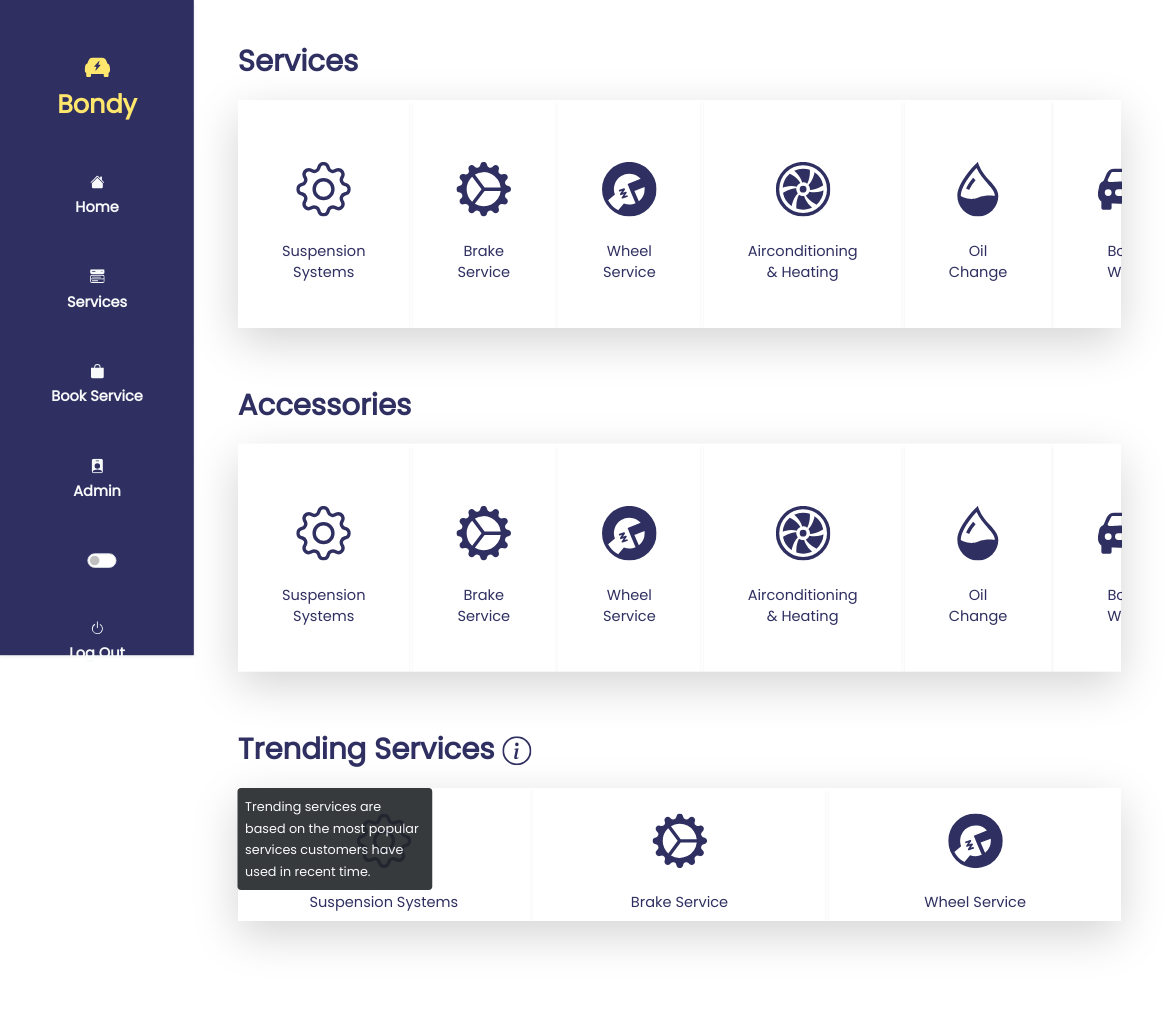
Repository: duzzisantos/bondy
Page: /, after clicking the first element matching `svg.bi-info-circle`
The author's editor kept a copy of each file at every save. The page is drawn from the files as they stood at one save, then again after the next save.
The browser window is 1280 px wide. The pictures show the whole page, at 91% of full size.
Some web libraries are served in a nearby version. The project was rebuilt for these pictures with package versions that can differ from the ones it lists, and the page was loaded fresh each time. Also part of the build but not shown: src/components/Services/ServiceTemplate.tsx, src/data/mockData.ts, src/views/Services.tsx.

Above is the page before, as saved 2023-06-25 14:38:38.

### public/index.html
<!DOCTYPE html>
<html lang="en">
  <head>
    <meta charset="utf-8" />
    <link rel="icon" href="%PUBLIC_URL%/favicon.ico" />
    <meta name="viewport" content="width=device-width, initial-scale=1" />
    <meta name="theme-color" content="#000000" />
    <meta
      name="description"
      content="Web site created using create-react-app"
    />
    <link rel="apple-touch-icon" href="%PUBLIC_URL%/logo192.png" />
    <!-- Option 1: Include in HTML -->
    <link
      rel="stylesheet"
      href="https://cdn.jsdelivr.net/npm/bootstrap-icons@1.3.0/font/bootstrap-icons.css"
    />
    <link rel="preconnect" href="https://fonts.googleapis.com" />
    <link rel="preconnect" href="https://fonts.gstatic.com" crossorigin />
    <!--
      manifest.json provides metadata used when your web app is installed on a
      user's mobile device or desktop. See https://developers.google.com/web/fundamentals/web-app-manifest/
    -->
    <link rel="manifest" href="%PUBLIC_URL%/manifest.json" />
    <!--
      Notice the use of %PUBLIC_URL% in the tags above.
      It will be replaced with the URL of the `public` folder during the build.
      Only files inside the `public` folder can be referenced from the HTML.

      Unlike "/favicon.ico" or "favicon.ico", "%PUBLIC_URL%/favicon.ico" will
      work correctly both with client-side routing and a non-root public URL.
      Learn how to configure a non-root public URL by running `npm run build`.
    -->
    <title>Bondy</title>
  </head>
  <body>
    <noscript>You need to enable JavaScript to run this app.</noscript>
    <div id="root"></div>
    <!--
      This HTML file is a template.
      If you open it directly in the browser, you will see an empty page.

      You can add webfonts, meta tags, or analytics to this file.
      The build step will place the bundled scripts into the <body> tag.

      To begin the development, run `npm start` or `yarn start`.
      To create a production bundle, use `npm run build` or `yarn build`.
    -->
  </body>
</html>

### src/index.js
import React from "react";
import ReactDOM from "react-dom/client";
import "./index.css";
import App from "./App";
import "bootstrap/dist/css/bootstrap.min.css";
import { BrowserRouter as Router } from "react-router-dom";

const root = ReactDOM.createRoot(document.getElementById("root"));
root.render(
  <React.StrictMode>
    <Router>
      <App />
    </Router>
  </React.StrictMode>
);

### src/App.js
import "./App.css";
import "bootstrap";
import SideBar from "./components/Navigation/SideBar";
import { Routes, Route } from "react-router-dom";
import LandingPage from "./views/LandingPage";
import Services from "./views/Services";
function App() {
  return (
    <div className="App d-flex flex-row flex-nowrap vh-100">
      <SideBar />
      <main className="col-12 ms-auto d-flex flex-column vh-100">
        <Routes>
          <Route path="/" element={<LandingPage />} />
          <Route path="/home" element={<LandingPage />} />
          <Route path="services/:category" element={<Services />} />
        </Routes>
      </main>
    </div>
  );
}

export default App;

### src/App.css
@import url("https://fonts.googleapis.com/css2?family=Cabin&family=Montserrat:wght@200&family=Poppins&display=swap");

* {
  font-family: "Poppins", sans-serif;
}
.App {
  text-align: center;
}

.custom-color {
  color: #2f3061 !important;
}

.custom-bg-color {
  background-color: #2f3061;
}

.custom-border {
  border: 1px solid #2f3061;
}

.custom-border-5 {
  border-right-style: solid !important;
  border-right-width: 8px !important;
  border-right-color: #2f3061 !important;
}

.image-height {
  height: fit-content;
  width: fit-content;
}

### src/components/Navigation/SideBar.tsx
import React, { FunctionComponent, useState } from "react";
import "react-bootstrap";
import "../../App.css";
import "./Navigation.scss";
import { Link } from "react-router-dom";
import {
  HouseFill,
  BagFill,
  PersonBadgeFill,
  Power,
  EvFrontFill,
  MenuButtonWideFill,
  SunFill,
  MoonFill,
} from "react-bootstrap-icons";

const SideBar: FunctionComponent = () => {
  //Refactor this
  const [hoverHome, setHoverHome] = useState(false);
  const [hoverServices, setHoverServices] = useState(false);
  const [hoverBookService, setHoverBookService] = useState(false);
  const [hoverAdmin, setHoverAdmin] = useState(false);
  const [hoverLogout, setHoverLogout] = useState(false);

  const commonLinkClasses = `d-flex flex-column justify-content-center align-items-center p-1 gap-2 brand-icon-color
   text-decoration-none fw-bold`;

  return (
    <div className="col-2 vh-100 custom-bg-color shadow-sm p-5 text-light d-flex flex-column vstack gap-5 sidebar-fixed">
      <Link to={"/"} className={commonLinkClasses + " fs-3"}>
        <span>
          <EvFrontFill className="brand-icon-color" /> Bondy
        </span>
      </Link>
      <Link
        to={"/home"}
        id="home"
        className={`d-flex flex-column justify-content-center align-items-center p-1 gap-2 text-decoration-none fw-bold ${
          hoverHome ? "brand-icon-color" : "text-light"
        }`}
        onMouseEnter={() => setHoverHome(true)}
        onMouseLeave={() => setHoverHome(false)}
        title="Home"
      >
        <HouseFill />
        Home
      </Link>

      <Link
        to={"/services"}
        id="services"
        className={`d-flex flex-column justify-content-center align-items-center p-1 gap-2 text-decoration-none fw-bold ${
          hoverServices ? "brand-icon-color" : "text-light"
        }`}
        onMouseEnter={() => setHoverServices(true)}
        onMouseLeave={() => setHoverServices(false)}
        title="Services"
      >
        <MenuButtonWideFill />
        Services
      </Link>

      <Link
        to={"/book-service"}
        id="book-service"
        className={`d-flex flex-column justify-content-center align-items-center p-1 gap-2 text-decoration-none fw-bold ${
          hoverBookService ? "brand-icon-color" : "text-light"
        }`}
        onMouseEnter={() => setHoverBookService(true)}
        onMouseLeave={() => setHoverBookService(false)}
        title="Book Service"
      >
        <BagFill />
        Book Service
      </Link>

      <Link
        to={"/admin"}
        id="admin"
        className={`d-flex flex-column justify-content-center align-items-center p-1 gap-2 text-decoration-none fw-bold ${
          hoverAdmin ? "brand-icon-color" : "text-light"
        }`}
        onMouseEnter={() => setHoverAdmin(true)}
        onMouseLeave={() => setHoverAdmin(false)}
        title="Admin"
      >
        <PersonBadgeFill />
        Admin
      </Link>

      <div className="form-check form-switch px-5 d-flex flex-row flex-nowrap">
        <SunFill className="mx-auto mt-1" />
        <input
          className="form-check-input mx-auto"
          type="checkbox"
          role="switch"
          id="flexSwitchCheckChecked"
          title="Switch display mode"
        />
        <MoonFill className="mx-auto mt-1" />
      </div>

      <Link
        to={"/logout"}
        id="logout"
        className={`d-flex flex-column justify-content-center align-items-center p-1 gap-2 text-decoration-none fw-bold ${
          hoverLogout ? "brand-icon-color" : "text-light"
        }`}
        onMouseEnter={() => setHoverLogout(true)}
        onMouseLeave={() => setHoverLogout(false)}
        title="Logout"
      >
        <Power />
        Log Out
      </Link>
    </div>
  );
};

export default SideBar;

### src/views/LandingPage.tsx
import React, { FunctionComponent, useState } from "react";
import "../components/Home/LandingPage.scss";
import LandingPageScrollContainer from "src/components/Home/LandingPageScrollContainer";
import { servicesList } from "src/components/Home/landingPageContent";
import { InfoCircle } from "react-bootstrap-icons";
import TrendingServices from "src/components/Home/TrendingServices";

const LandingPage: FunctionComponent = () => {
  const handleClick = () => {
    console.log("This was clicked");
  };

  const [show, setShow] = useState(false);

  const displayInfo = () => {
    setShow(!show);
  };
  return (
    <div className="col-10 px-5 pt-5 py-5 ms-auto vh-100 vstack gap-5 d-flex flex-column align-items-center">
      <LandingPageScrollContainer
        content={servicesList}
        category="Services"
        handleClick={handleClick}
        extraClass="p-5"
        extraElement={null}
        displayExtraElement={null}
      />
      <LandingPageScrollContainer
        content={servicesList}
        category="Accessories"
        handleClick={handleClick}
        extraClass="p-5"
        extraElement={null}
        displayExtraElement={null}
      />
      <LandingPageScrollContainer
        content={servicesList.reverse().slice(0, 3)}
        category="Trending Services"
        handleClick={handleClick}
        extraClass="p-2"
        extraElement={<InfoCircle onClick={displayInfo} />}
        displayExtraElement={show && <TrendingServices />}
      />
    </div>
  );
};

export default LandingPage;

### src/components/Navigation/Navigation.scss
.brand-icon-color {
  color: #ffe66d !important;
}

.sidebar-fixed {
  position: fixed !important;
}

### src/components/Home/LandingPage.scss
.scroll-container-fixed {
  position: fixed !important;
}

.scroll-container-size {
  height: 330px !important;
}

.scroller {
  overflow: auto !important;
  scrollbar-width: none !important;
}

.scroller::-webkit-scrollbar {
  display: none !important;
}
.service-card {
  height: 270px !important;
}

.service-icon-font {
  font-size: 60px !important;
}

### src/components/Home/LandingPageScrollContainer.tsx
import React, { FunctionComponent } from "react";
import "../../App.css";
import { Link } from "react-router-dom";

interface ScrollContainerProps {
  content: any[];
  category: string;
  handleClick: any;
  extraClass: string;
  extraElement: any;
  displayExtraElement: any;
}
const LandingPageScrollContainer: FunctionComponent<ScrollContainerProps> = ({
  content,
  category,
  handleClick,
  extraClass,
  extraElement,
  displayExtraElement,
}) => {
  return (
    <section className="col-6 w-100 scroll-container-size">
      <h2 className="text-start mb-4 custom-color fw-bold">
        {category} {extraElement}
      </h2>
      {displayExtraElement}
      <div className="overflow-x-auto d-flex flex-row hstack gap-1 shadow-lg scroller">
        {content.map((element, index) => (
          <Link
            to={`/services/${element.category}`}
            key={index}
            className={`text-decoration-none w-100 shadow-sm d-flex flex-column vstack gap-3 ${extraClass}`}
            onClick={handleClick}
            title={element.category}
          >
            <span className={`service-icon-font custom-color`}>
              {element.icon}
            </span>
            <span className="custom-color">{element.category}</span>
          </Link>
        ))}
      </div>
    </section>
  );
};

export default LandingPageScrollContainer;

### src/components/Home/landingPageContent.tsx
import React from "react";
import {
  Gear,
  GearWideConnected,
  WrenchAdjustableCircleFill,
  Fan,
  DropletHalf,
  CarFrontFill,
} from "react-bootstrap-icons";
export const servicesList = [
  {
    id: 1,
    category: "Suspension Systems",
    icon: <Gear />,
  },
  {
    id: 2,
    category: "Brake Service",
    icon: <GearWideConnected />,
  },
  {
    id: 3,
    category: "Wheel Service",
    icon: <WrenchAdjustableCircleFill />,
  },
  {
    id: 4,
    category: "Airconditioning & Heating",
    icon: <Fan />,
  },
  {
    id: 5,
    category: "Oil Change",
    icon: <DropletHalf />,
  },
  {
    id: 6,
    category: "Body Work",
    icon: <CarFrontFill />,
  },
];

### src/components/Home/TrendingServices.tsx
import React, { FunctionComponent } from "react";

const TrendingServices: FunctionComponent = () => {
  return (
    <div
      className="col-sm-2 bg-dark me-auto text-light rounded-1 text-start p-2 position-absolute"
      style={{ opacity: 0.9 }}
    >
      <small>
        Trending services are based on the most popular services customers have
        used in recent time.
      </small>
    </div>
  );
};

export default TrendingServices;

Loaded but not shown: src/index.css (common file)

After the next save:
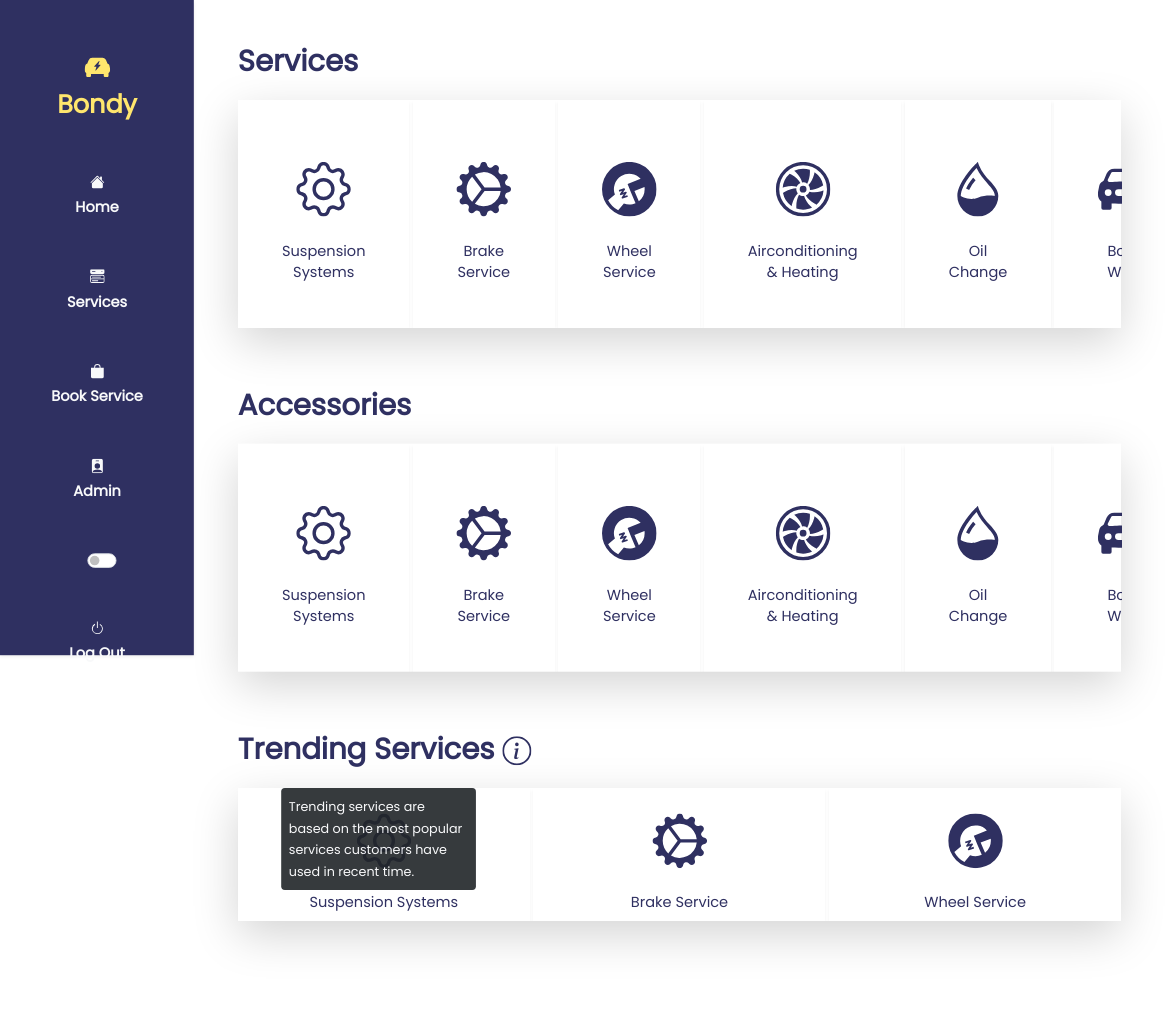
Saved 6 s later.
--- a/src/components/Home/TrendingServices.tsx
+++ b/src/components/Home/TrendingServices.tsx
@@ -3,7 +3,7 @@
 const TrendingServices: FunctionComponent = () => {
   return (
     <div
-      className="col-sm-2 bg-dark me-auto text-light rounded-1 text-start p-2 position-absolute"
+      className="col-sm-2 bg-dark mx-5 text-light rounded-1 text-start p-2 position-absolute"
       style={{ opacity: 0.9 }}
     >
       <small>

After the save that followed:
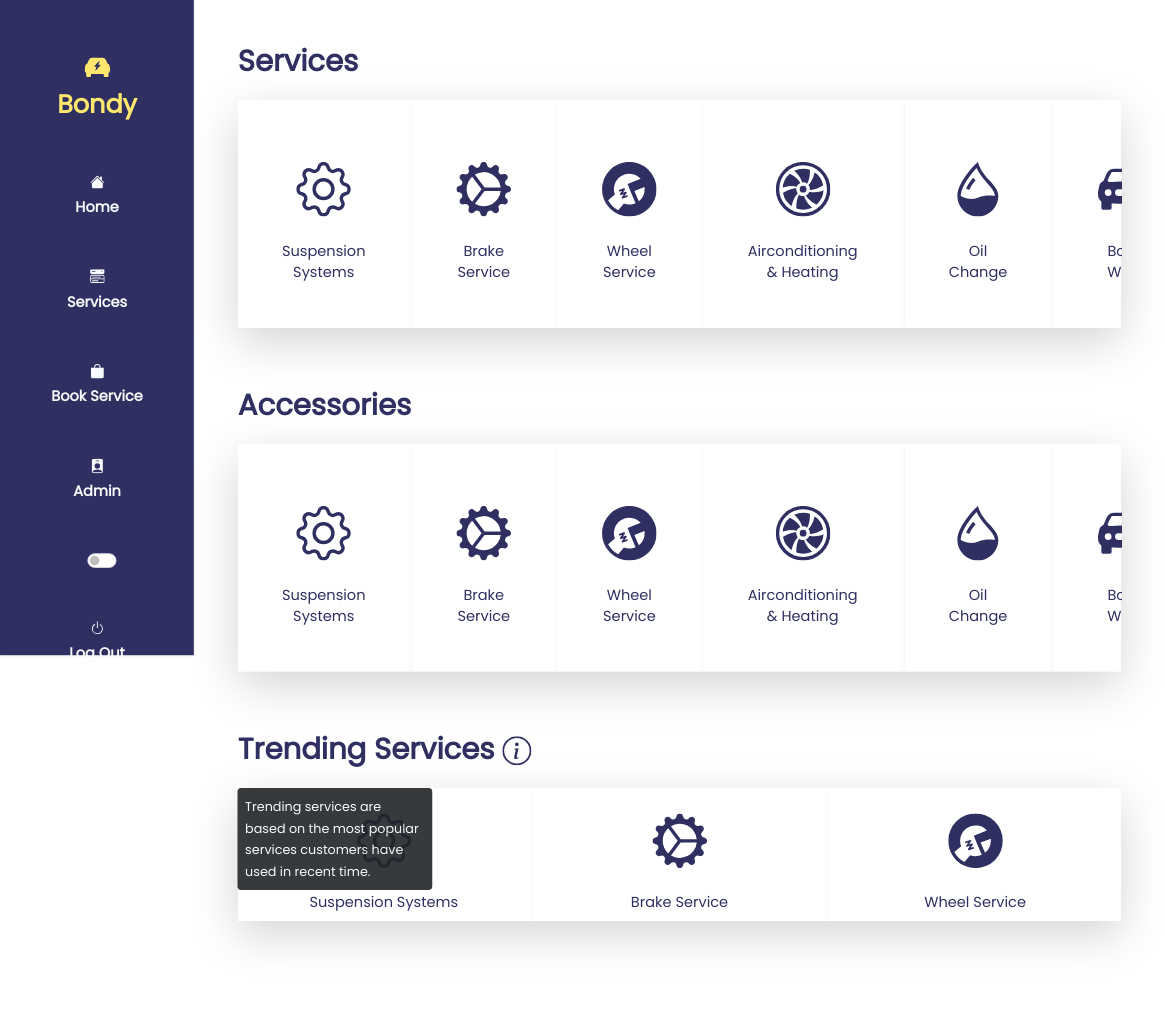
Saved 7 s later.
--- a/src/components/Home/TrendingServices.tsx
+++ b/src/components/Home/TrendingServices.tsx
@@ -3,7 +3,7 @@
 const TrendingServices: FunctionComponent = () => {
   return (
     <div
-      className="col-sm-2 bg-dark mx-5 text-light rounded-1 text-start p-2 position-absolute"
+      className="col-sm-2 bg-dark ms-auto text-light rounded-1 text-start p-2 position-absolute"
       style={{ opacity: 0.9 }}
     >
       <small>
